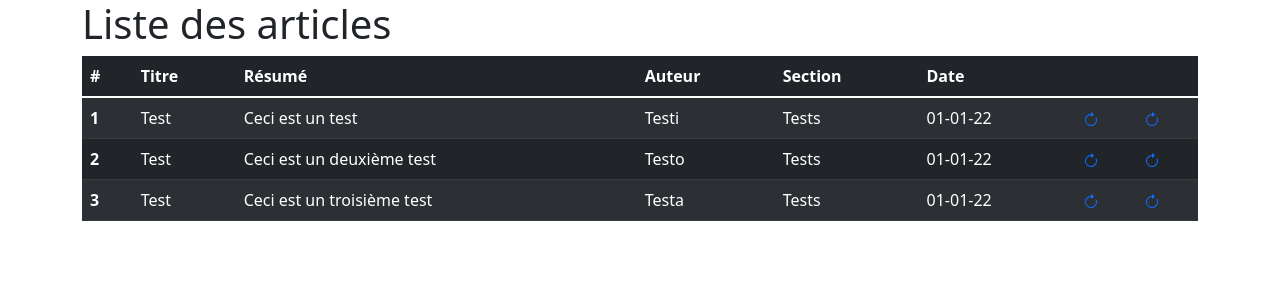
Repository: QuentinFayt/NewsWeb
Page: sources/adminNewsWeb/articlesList.html
The author's editor kept a copy of each file at every save. The page is drawn from the files as they stood at one save, then again after the next save.
The browser window is 1280 px wide. The pictures show the whole page.

Above is the page before, as saved 2021-12-23 12:00:58.

After the next save:
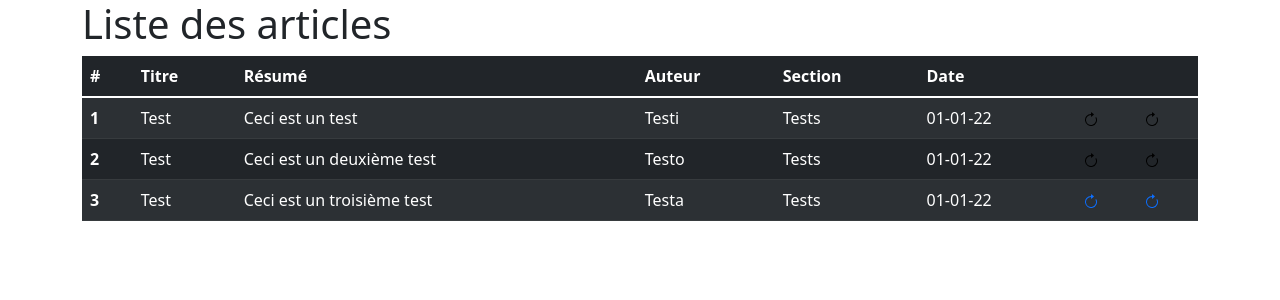
Saved 31 s later.
--- a/sources/adminNewsWeb/articlesList.html
+++ b/sources/adminNewsWeb/articlesList.html
@@ -32,11 +32,11 @@
                     <td>Testi</td>
                     <td>Tests</td>
                     <td>01-01-22</td>
-                    <td><a href=""><svg xmlns="http://www.w3.org/2000/svg" width="16" height="16" fill="currentColor" class="bi bi-arrow-clockwise" viewBox="0 0 16 16">
+                    <td><a href=""><svg xmlns="http://www.w3.org/2000/svg" width="16" height="16" fill="dark" class="bi bi-arrow-clockwise" viewBox="0 0 16 16">
                                 <path fill-rule="evenodd" d="M8 3a5 5 0 1 0 4.546 2.914.5.5 0 0 1 .908-.417A6 6 0 1 1 8 2v1z" />
                                 <path d="M8 4.466V.534a.25.25 0 0 1 .41-.192l2.36 1.966c.12.1.12.284 0 .384L8.41 4.658A.25.25 0 0 1 8 4.466z" />
                             </svg></a></td>
-                    <td><a href=""><svg xmlns="http://www.w3.org/2000/svg" width="16" height="16" fill="currentColor" class="bi bi-arrow-clockwise" viewBox="0 0 16 16">
+                    <td><a href=""><svg xmlns="http://www.w3.org/2000/svg" width="16" height="16" fill="dark" class="bi bi-arrow-clockwise" viewBox="0 0 16 16">
                                 <path fill-rule="evenodd" d="M8 3a5 5 0 1 0 4.546 2.914.5.5 0 0 1 .908-.417A6 6 0 1 1 8 2v1z" />
                                 <path d="M8 4.466V.534a.25.25 0 0 1 .41-.192l2.36 1.966c.12.1.12.284 0 .384L8.41 4.658A.25.25 0 0 1 8 4.466z" />
                             </svg></a></td>
@@ -48,11 +48,11 @@
                     <td>Testo</td>
                     <td>Tests</td>
                     <td>01-01-22</td>
-                    <td><a href=""><svg xmlns="http://www.w3.org/2000/svg" width="16" height="16" fill="currentColor" class="bi bi-arrow-clockwise" viewBox="0 0 16 16">
+                    <td><a href=""><svg xmlns="http://www.w3.org/2000/svg" width="16" height="16" fill="dark" class="bi bi-arrow-clockwise" viewBox="0 0 16 16">
                                 <path fill-rule="evenodd" d="M8 3a5 5 0 1 0 4.546 2.914.5.5 0 0 1 .908-.417A6 6 0 1 1 8 2v1z" />
                                 <path d="M8 4.466V.534a.25.25 0 0 1 .41-.192l2.36 1.966c.12.1.12.284 0 .384L8.41 4.658A.25.25 0 0 1 8 4.466z" />
                             </svg></a></td>
-                    <td><a href=""><svg xmlns="http://www.w3.org/2000/svg" width="16" height="16" fill="currentColor" class="bi bi-arrow-clockwise" viewBox="0 0 16 16">
+                    <td><a href=""><svg xmlns="http://www.w3.org/2000/svg" width="16" height="16" fill="dark" class="bi bi-arrow-clockwise" viewBox="0 0 16 16">
                                 <path fill-rule="evenodd" d="M8 3a5 5 0 1 0 4.546 2.914.5.5 0 0 1 .908-.417A6 6 0 1 1 8 2v1z" />
                                 <path d="M8 4.466V.534a.25.25 0 0 1 .41-.192l2.36 1.966c.12.1.12.284 0 .384L8.41 4.658A.25.25 0 0 1 8 4.466z" />
                             </svg></a></td>
